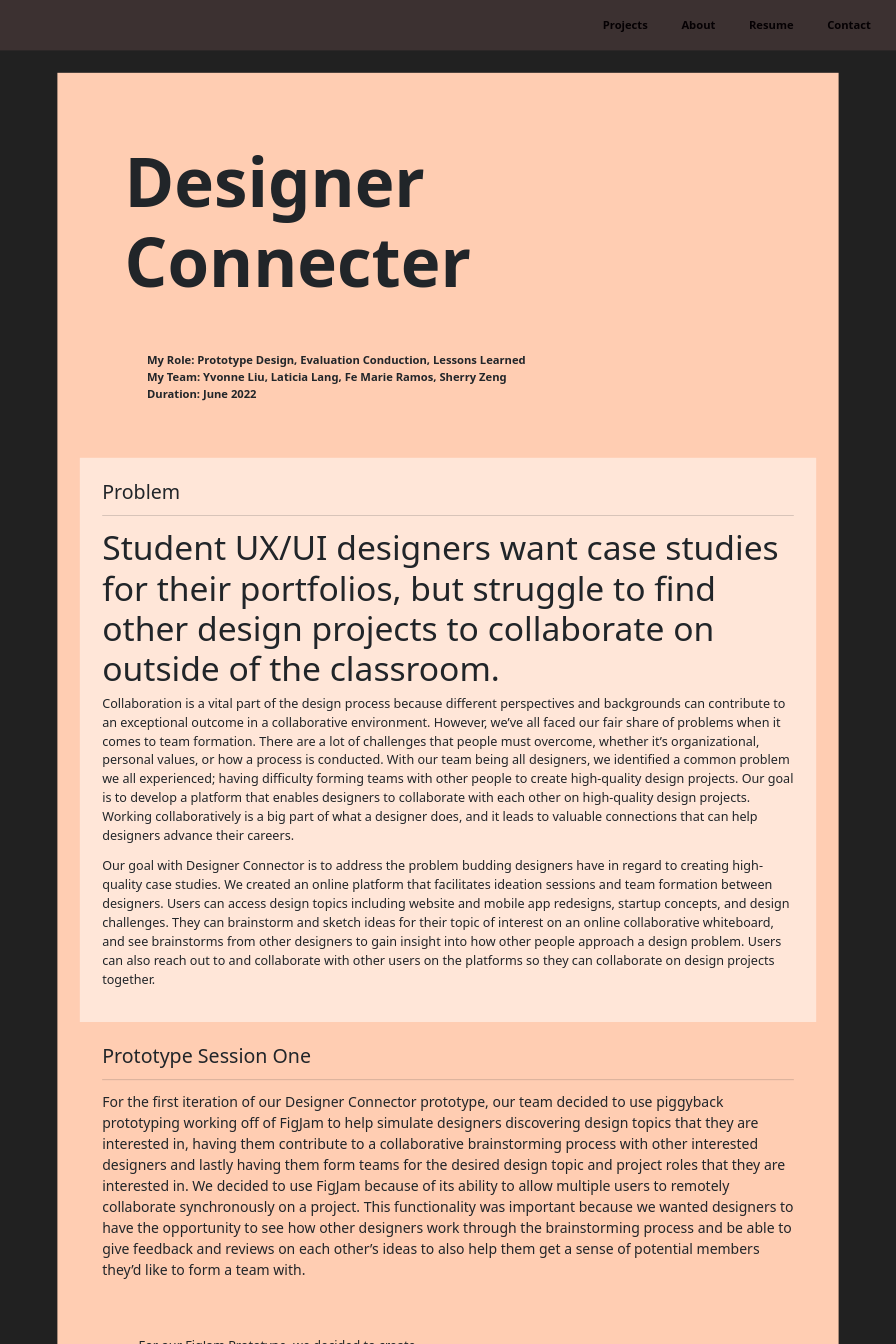
Repository: thais-chen/Portfolio
Page: designer.html
These files come from the project's save history. The page is drawn as it stood at one moment and after the next save; the edit follows.
The browser window is 1280 px wide. The pictures show the part of the page from y = 0 to 1920 px (the page is 11273 px tall), at 70% of full size.
A picture or video elsewhere on the page could not be fetched, so the positions and the page height are approximate.

Above is the page before, as saved 2022-06-21 03:18:44.

### designer.html
<!DOCTYPE html>
<!--[if lt IE 7]>      <html class="no-js lt-ie9 lt-ie8 lt-ie7"> <![endif]-->
<!--[if IE 7]>         <html class="no-js lt-ie9 lt-ie8"> <![endif]-->
<!--[if IE 8]>         <html class="no-js lt-ie9"> <![endif]-->
<!--[if gt IE 8]>      <html class="no-js"> <!--<![endif]-->
<html>
    <head>
        <meta charset="utf-8">
        <meta http-equiv="X-UA-Compatible" content="IE=edge">
        <title></title>
        <meta name="description" content="">
        <meta name="viewport" content="width=device-width, initial-scale=1">
        <link href="https://cdn.jsdelivr.net/npm/bootstrap@5.2.0-beta1/dist/css/bootstrap.min.css" rel="stylesheet"
        integrity="sha384-0evHe/X+R7YkIZDRvuzKMRqM+OrBnVFBL6DOitfPri4tjfHxaWutUpFmBp4vmVor" crossorigin="anonymous">
        <link rel="stylesheet" href="designer.css">
    </head>
    <body>
       <header>

        <nav>
            <div class="container-fluid">
                <ul class="nav justify-content-end">

                    <li class="nav-item"><a href="index.html/#projects"> Projects</a></li>
                    <li class="nav-item"><a href="#about"> About</a> </li>
                    <li class="nav-item"><a href="#projects"> Resume</a></li>
                    <li class="nav-item "><a href="#contact"> Contact</a></li>
                </ul>
        </nav>
        </div>




       </header>
       <main class="container">


        <div class="process">
            <div>

                <div class="col">
                    <h1> Designer <br> Connecter</h1>

                </div>
                <div class=" modal-dialog modal-dialog-centered">
                        <ul>
                            <li>My Role: Prototype Design, Evaluation Conduction, Lessons Learned </li>
                            <li>My Team: Yvonne Liu, Laticia Lang, Fe Marie Ramos, Sherry Zeng</li>
                            <li>Duration: June 2022 </li>
                        </ul>


                </div>
            </div>
        <div class="setting-prob   ">
            <h3> Problem</h3>
            <hr>

            <h3 class="display-5">
                Student UX/UI designers want case studies for their portfolios, but struggle to find other design projects to collaborate on outside of the classroom.
            </h3>
            <p>
                Collaboration is a vital part of the design process because different perspectives and backgrounds can contribute to an exceptional outcome in a collaborative environment. However, we’ve all faced our fair share of problems when it comes to team formation. There are a lot of challenges that people must overcome, whether it’s organizational, personal values, or how a process is conducted. With our team being all designers, we identified a common problem we all experienced; having difficulty forming teams with other people to create high-quality design projects. Our goal is to develop a platform that enables designers to collaborate with each other on high-quality design projects. Working collaboratively is a big part of what a designer does, and it leads to valuable connections that can help designers advance their careers.
            </p>
            <p>
                Our goal with Designer Connector is to address the problem budding designers have in regard to creating high-quality case studies. We created an online platform that facilitates ideation sessions and team formation between designers. Users can access design topics including website and mobile app redesigns, startup concepts, and design challenges. They can brainstorm and sketch ideas for their topic of interest on an online collaborative whiteboard, and see brainstorms from other designers to gain insight into how other people approach a design problem. Users can also reach out to and collaborate with other users on the platforms so they can collaborate on design projects together.
            </p>
        </div>
            <div class="proto-one">
                <h3>Prototype Session One</h3>
                <hr>
                <p class="lead">
                    For the first iteration of our Designer Connector prototype, our team decided to use piggyback prototyping working off of FigJam to help simulate designers discovering design topics that they are interested in, having them contribute to a collaborative brainstorming process with other interested designers and lastly having them form teams for the desired design topic and project roles that they are interested in. We decided to use FigJam because of its ability to allow multiple users to remotely collaborate synchronously on a project. This functionality was important because we wanted designers to have the opportunity to see how other designers work through the brainstorming process and be able to give feedback and reviews on each other’s ideas to also help them get a sense of potential members they’d like to form a team with.
                </p>

               <div class="row">
                <div class="col">
                    <p>
                        For our FigJam Prototype, we decided to create a brainstorming process that focuses on having designers sketch their design ideas out based on provided topics that were provided by our team. We came up with five topics which all required the designers to come up with ideas for specified topics such as designing a dog-walking app or redesigning the Canvas website.
                    </p>
                </div>
                <div class="col">
                    <img class="img-fluid" src="images/designer/prototype1a.png">
                </div>
               </div>


                <p>We had designers rotate through four rounds so that each group of designers can create sketches for all four topics. Each round was timed so that designers only had two minutes to get their ideas down. After the rounds of sketches were completed, we had all designers take some time to review each other’s work and leave heart stamps for the ideas they found interesting.</p>

                    <center>
                        <img class="img-fluid" src="images/designer/p1b.png">
                        <figcaption  class="lead"> Here is an example of a design topic that participants worked on — they were tasked with sketching out their ideas for an app that promotes sustainability</figcaption  class="lead">

                     <img class="img-fluid" src="images/designer/a1c.png">
                        <figcaption  class="lead"> Participants were given the freedom to sign their names up on a first-come-first-serve basis for their desired design topic and team role </figcaption  class="lead">
                    </center>



                <p>
                    After having designers reflect on and review each other’s designs, we then proceeded onto the team formation part of the prototype that was conducted on Google Sheets. Here we gave designers the freedom to sign-up for their desired topic and project roles on their own.
                </p>

            </div>
            <div class="proto-two">
                <h3>Prototype Session Two</h3>
                <hr>
                <p>
                    For the second iteration of the Designer Connector prototype, we made improvements based on the feedback we received from the first round of prototyping.
                </p>
                <img class="img-fluid" src="images/designer/2a.png">
                <figcaption  class="lead">The 2nd iteration of our prototype was more organized in terms of layout which makes for a more streamlined brainstorming process</figcaption  class="lead">
                <p>
                    For this improved version, we kept the design brainstorm concept fairly the same; however, major changes were made to the layout of the brainstorming process and we also included a better design topic basis for designers to work off of rather than having them come up with entirely new design concepts. We changed the layout of the prototype for the sake of organization purposes so groups of designers know exactly where they need to go and which topic they would need to be working on. We also cut down the number of rounds from 4 to 3 and also focused on 3 design topics that required participants to redesign a specific website with a purpose in mind such as redesigning Craigslist for easier navigation.
                </p>
                <img class="img-fluid" src="images/designer/2b.png">
                <figcaption  class="lead">Here is an example of one of the design topics that participants were tasked with conducting their brainstorms on. They used a combination of sketches and comments to highlight any changes they wanted to make in their redesign.</figcaption  class="lead">

                <p>
                    Instead of having designers sketch out their ideas from scratch, for this version we decided to base the design topics on real websites and provided designers with screenshots of a webpage for them to mark up and make comments on for them to indicate their brainstorming ideas. Providing them with a screenshot of a webpage to work off of, allows the designers to pinpoint exactly where on the page they want to make the redesign changes and explain their idea with FigJam’s comment feature.
                </p>
                <div class="row">
                    <div class="col-8">
                    <p> After the brainstorming session was completed, we then had designers move on to the team formation section of our
                        prototype. Here we used Discord to simulate a live voice chat feature so that participants could join chats based on
                        their design topic of interest, network with other interested designers, and ultimately end up forming teams and
                        settling on project roles after getting to know each other more. For the purpose of this prototyping session, we
                        capped the number of participants that could enter a voice channel so that teams would be even and designers could
                        see if their first choice in design topic or role is taken and would have to move on to their second choice. </p>
                        <p>
                        Participants were directed to join voice channels on Discord based on their desired design topic (step 1) and then break
                        up into smaller groups (step 2) to form teams and choose their desired project role. </p>
                    </div>
                    <div class="col">
                        <img class="img-fluid" src="images/designer/2c.png">

                    </div>
                </div>
                <p>
                    After the brainstorming session was completed, we then had designers move on to the team formation section of our prototype. Here we used Discord to simulate a live voice chat feature so that participants could join chats based on their design topic of interest, network with other interested designers, and ultimately end up forming teams and settling on project roles after getting to know each other more. For the purpose of this prototyping session, we capped the number of participants that could enter a voice channel so that teams would be even and designers could see if their first choice in design topic or role is taken and would have to move on to their second choice.
                </p>
                <img class="img-fluid" src="images/designer/2d.png">
                <figcaption  class="lead"> After networking with other designers on Discord and breaking themselves up into teams, participants were prompted to sign their names up for their desired team and role on Google Sheets.</figcaption  class="lead">
                <p>
                    Lastly, after having designers talk amongst themselves on Discord, we then had them go onto a Google Sheet to sign up for their desired teams and project roles that they should have discussed with other members in the voice chats. For purposes of promoting further communication between formed teams, we had designers include their e-mail address information so that they could contact their respective team members on their own afterward.
                </p>
            </div>
            <div class="final-proto">


                        <p>
                            Based on the results of the previous two prototyping sessions, our team was able to use the data collected from feedback to create an actual prototype of our website on Figma. Our vision for Designer Connector is for it to be a website that designers use to discover design topics, brainstorm their ideas, collaborate with other designers, and ultimately use to help them form teams to work on a design project of their interest.
                        </p>


                        <img class="img-fluid" src="images/designer/3a.png" >
                        <p>
                            Users will be required to create an account to use the website. By requiring users to create accounts, we reduce the number of trolls on the website and promote interaction and collaboration with other users.
                        </p>
                        <center>
                            <img class="img-fluid" src="images/designer/3b.gif">
                            <img class="img-fluid" src="images/designer/3c.gif">
                        </center>

                        <p>
                            Users can browse through different design topics posted by users from around the world. They can brainstorm and sketch ideas for their topic of interest on an online collaborative whiteboard, and view other peoples’ comments on the same topic.
                        </p>
                        <img class="img-fluid" src="images/designer/3d.gif">
                        <p>Once users have engaged in brainstorming sessions and viewed other users’ designs, they can sign up to work on their desired topic. To ensure a well-rounded team, teams are comprised of different roles (UI/UX Designer, UX researcher, programmer, etc). </p>


            </div>
            <div class="eval">
                <h2> Evaluation Sessions</h2>
                <hr>
                <div class="row">
                    <div class="col">
                        <h4>
                            How did we conduct evaluations?

                        </h4>
                        <p>
                            During both rounds of prototyping, we observed participants’ behavior and how they interacted with our prototype. After both sessions, we administered surveys to ask for feedback. Surveys sought to uncover the effectiveness of our prototype in a) helping groups brainstorm and decide on a topic to work on and b) forming teams with other students. We also wanted to identify pain points and areas of confusion so that we could improve our prototype.
                        </p>
                    </div>
                    <div class="col">
                        <h4>
                            Key Lessons Learned
                        </h4>
                        <p>
                            Overall, we received positive responses to our prototype. Participants indicated that brainstorming for different topics on Figjam helped them rapidly produce ideas and decide what topic they wanted to do. Notably, users expressed that being able to see other peoples’ ideas and brainstorms was helpful and provided useful insight into how to approach a design problem.
                        </p>
                     </div>
                </div>
                    <center>   <img class="img-fluid" src="images/designer/4a.png" >
                        <figcaption  class="lead">Criticisms and suggestions we got from our participants

                    </figcaption  class="lead"> </center>

            </div>
            <div class="reflection">
                <h2> Reflection</h2>
                <hr>
                <p>
                    Students are eager to collaborate with each other but have trouble getting the ball rolling and expressing their ideas. Designer Connector aims to bring together individuals with the interest of collaborating on a project together, by helping them choose an appropriate role and brainstorm creative ideas through sketching and commenting on ideas with like-minded designers. We do not know if people will have a pleasant experience collaborating with their group mates, whether issues will arise, or if they will all contribute equally to the project. However, civilized discussion amongst group mates is likely to lead to a peaceful resolution, and active practice in resolving conflicts will strengthen one’s ability to work in a group. Designer Collector remains a solid resource for those looking to find others to collaborate with on design projects.
                </p>
            </div>
        </div>
       </main>
        <script src="" async defer></script>
    </body>
</html>

### designer.css
header{
    background-color: #e5989b23;
}
ul{
    list-style: none;
}
li{
    font-weight: 600;
}
h1{
font-weight: 800;
font-size: 6rem;
}
body{
     background-color: #000000de;

}
.container div{
    padding: 2rem;
}

.bg{
    background-color: #e5989b23;
}

p{
   font-size: large;
}
.process{
    background-color:  #ffcdb2;
}

.container{
    margin-top: 2rem;
}
img{
    padding: 2rem;
}
/*navbar*/
.nav li{
    padding: 1.5rem;
}

a:link {  color: #050003; text-decoration: none;}


a:visited {  color: #ffcdb2; text-decoration: none; }


a:hover {
  color: white;
}

.setting-prob{
    background-color: #ffffff7e;
}

After the next save:
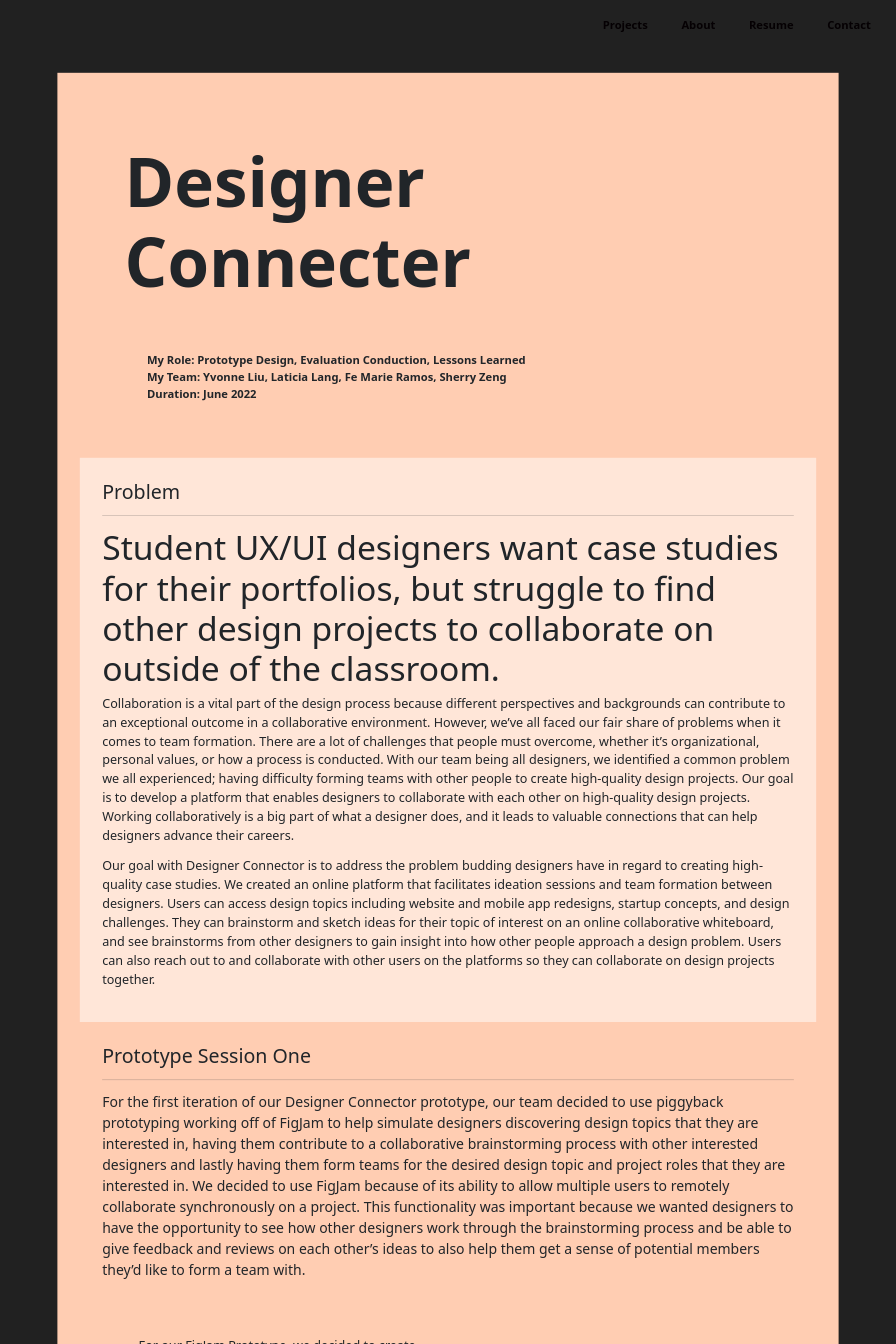
Saved 87 s later.
--- a/designer.css
+++ b/designer.css
@@ -1,5 +1,5 @@
 header{
-    background-color: #e5989b23;
+
 }
 ul{
     list-style: none;
